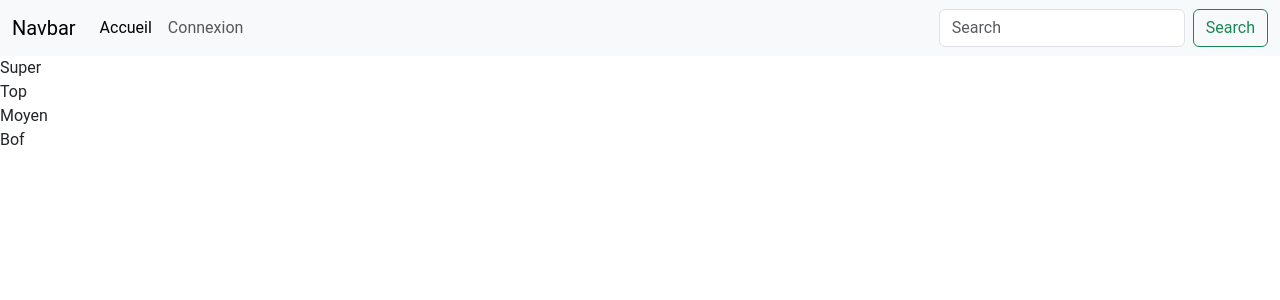
Repository: tecouz/Angular
Page: / (app in projet Angular/demo-angular-dfs2-g2/)
These files come from the project's save history. The page is drawn as it stood at one moment and after the next save; the edit follows.
The browser window is 1280 px wide. The pictures show the whole page.
The project was rebuilt for these pictures with package versions that can differ from the ones it lists, and the page was loaded fresh each time. Also part of the build but not shown: projet Angular/demo-angular-dfs2-g2/angular.json, projet Angular/demo-angular-dfs2-g2/src/app/pages/connexion/connexion.component.ts, projet Angular/demo-angular-dfs2-g2/src/app/pages/page404/page404.component.ts.

Above is the page before, as saved 2024-11-25 11:40:32.

### projet Angular/demo-angular-dfs2-g2/src/index.html
<!doctype html>
<html lang="en">
<head>
  <meta charset="utf-8">
  <title>DemoAngularDfs2G2</title>
  <base href="/">
  <meta name="viewport" content="width=device-width, initial-scale=1">
  <link rel="icon" type="image/x-icon" href="favicon.ico">
  <link href="https://cdn.jsdelivr.net/npm/bootstrap@5.3.3/dist/css/bootstrap.min.css" rel="stylesheet" integrity="sha384-QWTKZyjpPEjISv5WaRU9OFeRpok6YctnYmDr5pNlyT2bRjXh0JMhjY6hW+ALEwIH" crossorigin="anonymous">
</head>
<body>
  <app-root></app-root>
  <script src="https://cdn.jsdelivr.net/npm/bootstrap@5.3.3/dist/js/bootstrap.bundle.min.js" integrity="sha384-YvpcrYf0tY3lHB60NNkmXc5s9fDVZLESaAA55NDzOxhy9GkcIdslK1eN7N6jIeHz" crossorigin="anonymous"></script>
</body>
</html>

### projet Angular/demo-angular-dfs2-g2/src/app/app.component.ts
import { Component } from '@angular/core';
import { RouterLink, RouterOutlet } from '@angular/router';

@Component({
  selector: 'app-root',
  imports: [RouterOutlet, RouterLink],
  templateUrl: './app.component.html',
  styleUrl: './app.component.scss'
})
export class AppComponent {
  title = 'demo-angular-dfs2-g2';
}

### projet Angular/demo-angular-dfs2-g2/src/app/app.routes.ts
import { Routes } from '@angular/router';
import { AccueilComponent } from './pages/accueil/accueil.component';
import { ConnexionComponent } from './pages/connexion/connexion.component';
import { Page404Component } from './pages/page404/page404.component';

export const routes: Routes = [
    {path: "accueil", component: AccueilComponent},
    {path: "connexion", component: ConnexionComponent},
    {path: "", redirectTo: "accueil", pathMatch: "full"},
    {path: "**", component:Page404Component},
];

### projet Angular/demo-angular-dfs2-g2/src/app/app.component.html
<nav class="navbar navbar-expand-lg bg-body-tertiary">
  <div class="container-fluid">
    <a class="navbar-brand">Navbar</a>
    <button class="navbar-toggler" type="button" data-bs-toggle="collapse" data-bs-target="#navbarSupportedContent"
      aria-controls="navbarSupportedContent" aria-expanded="false" aria-label="Toggle navigation">
      <span class="navbar-toggler-icon"></span>
    </button>
    <div class="collapse navbar-collapse" id="navbarSupportedContent">
      <ul class="navbar-nav me-auto mb-2 mb-lg-0">
        <li class="nav-item">
          <a class="nav-link active" routerLink="/accueil">Accueil</a>
        </li>
        <li class="nav-item">
          <a class="nav-link" routerLink="/connexion">Connexion</a>
        </li>
      </ul>
      <form class="d-flex" role="search">
        <input class="form-control me-2" type="search" placeholder="Search" aria-label="Search">
        <button class="btn btn-outline-success" type="submit">Search</button>
      </form>
    </div>
  </div>
</nav>

<router-outlet></router-outlet>

### projet Angular/demo-angular-dfs2-g2/src/app/pages/accueil/accueil.component.ts
import { Component } from '@angular/core';

@Component({
  selector: 'app-accueil',
  imports: [],
  templateUrl: './accueil.component.html',
  styleUrl: './accueil.component.scss'
})
export class AccueilComponent {
  compteur = 0;
  listeCategories = ["Super", "Top", "Moyen", "Bof"];

}

### projet Angular/demo-angular-dfs2-g2/src/app/pages/accueil/accueil.component.html
@for (categorie of listeCategories; track $index) {

<div>{{categorie}}</div>
}

Loaded but not shown: projet Angular/demo-angular-dfs2-g2/src/styles.scss (common file); projet Angular/demo-angular-dfs2-g2/src/main.ts (common file); projet Angular/demo-angular-dfs2-g2/src/app/app.config.ts (common file); projet Angular/demo-angular-dfs2-g2/src/app/app.component.scss (no stored copy; drawn as an empty file); projet Angular/demo-angular-dfs2-g2/src/app/pages/accueil/accueil.component.scss (no stored copy; drawn as an empty file)

After the next save:
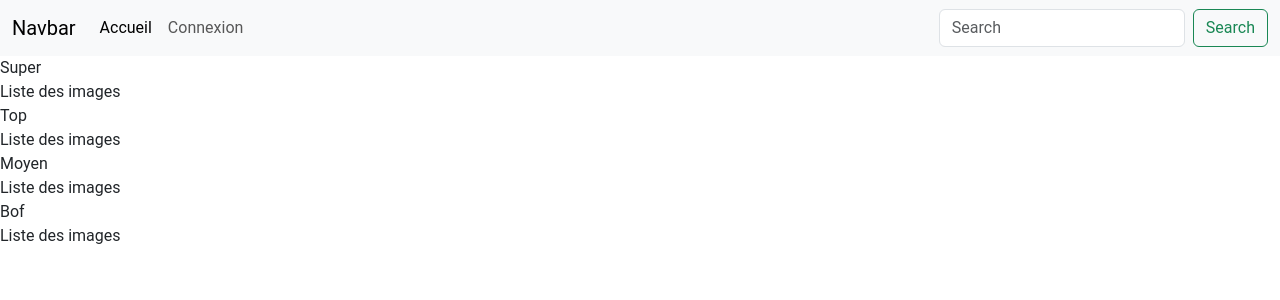
Saved 108 s later.
--- a/projet Angular/demo-angular-dfs2-g2/src/app/pages/accueil/accueil.component.html
+++ b/projet Angular/demo-angular-dfs2-g2/src/app/pages/accueil/accueil.component.html
@@ -1,4 +1,10 @@
 @for (categorie of listeCategories; track $index) {
-
-<div>{{categorie}}</div>
+<div class="categorie">
+    <div class="en-tete">
+        {{categorie}}
+    </div>
+    <div class="images">
+        Liste des images
+    </div>
+</div>
 }
